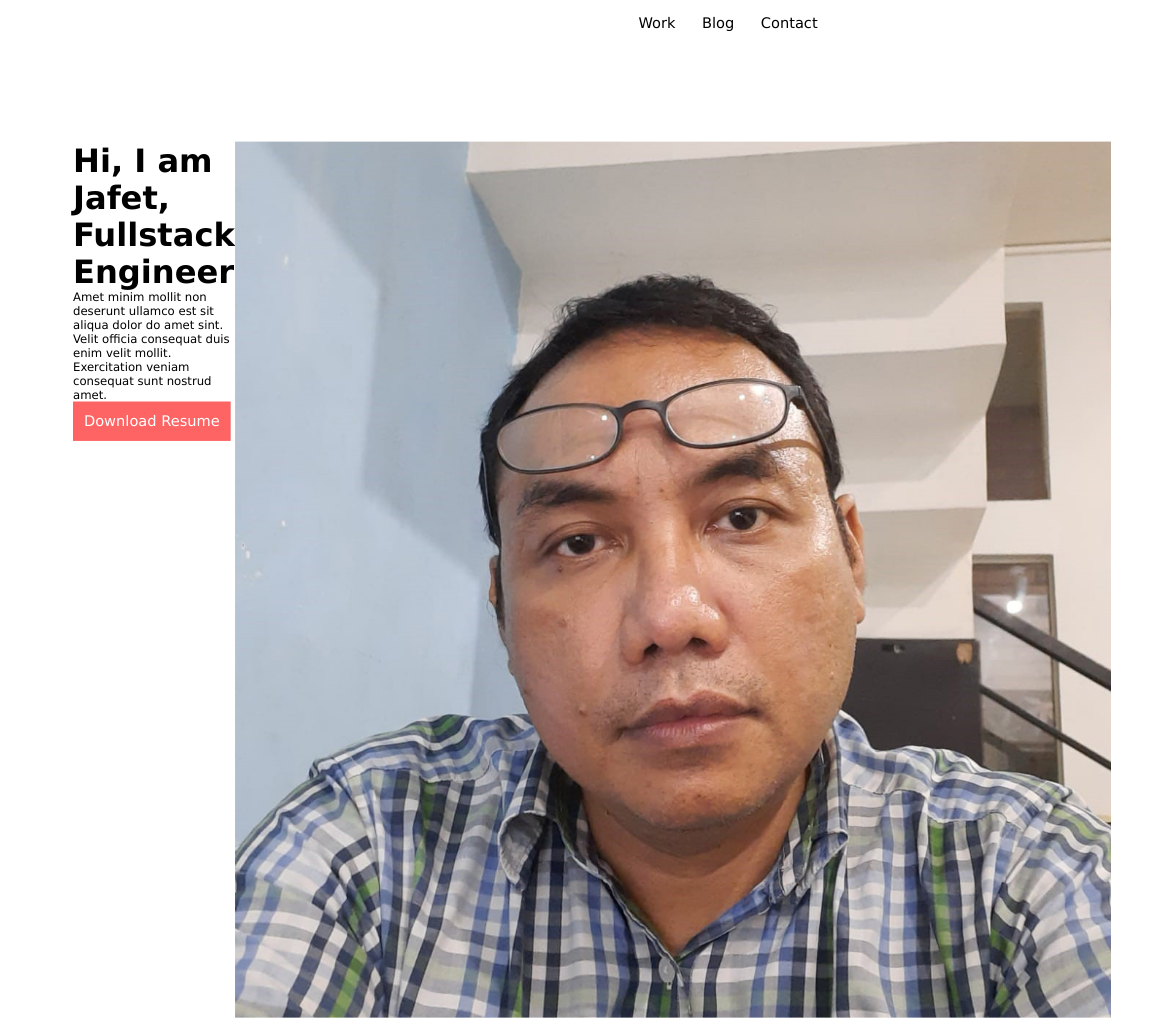
Repository: jafetdn73/portofolio
Page: index.html
The author's editor kept a copy of each file at every save. The page is drawn from the files as they stood at one save, then again after the next save.
The browser window is 1280 px wide. The page is 1522 px wide, then 1602 px, so the pictures cover 1602 px, including what lies to the right of the window. The pictures show the whole page, at 73% of full size.

Above is the page before, as saved 2022-02-21 11:20:57.

After the next save:
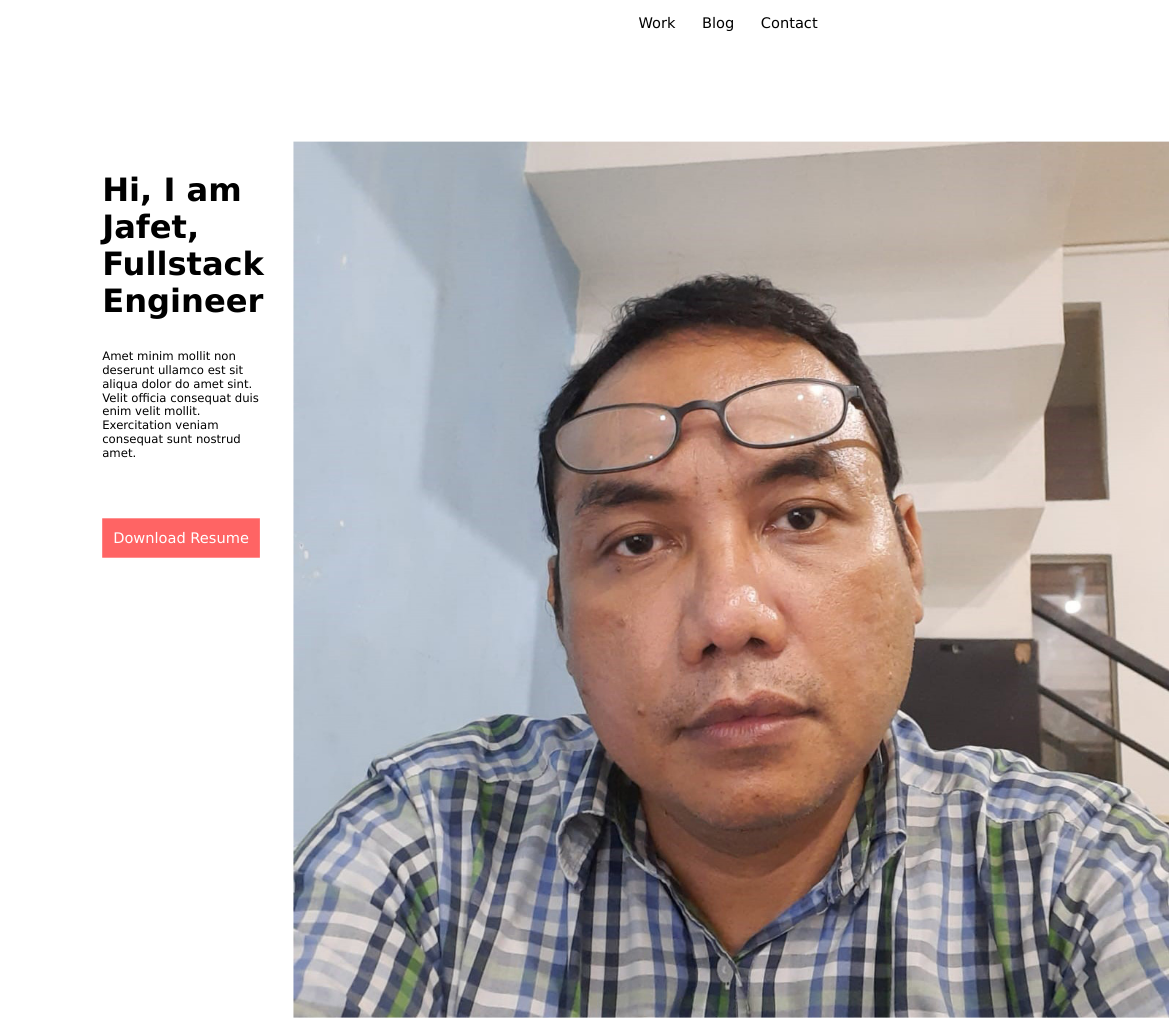
Saved 44 min 45 s later.
--- a/figma.css
+++ b/figma.css
@@ -39,6 +39,11 @@
     font-size: 16px;
 }
 
+.hero-text h1, p, button
+{
+    margin: 40px;
+}
+
 .hero-text button {
     background-color: #FF6464;
     border-style: none;
